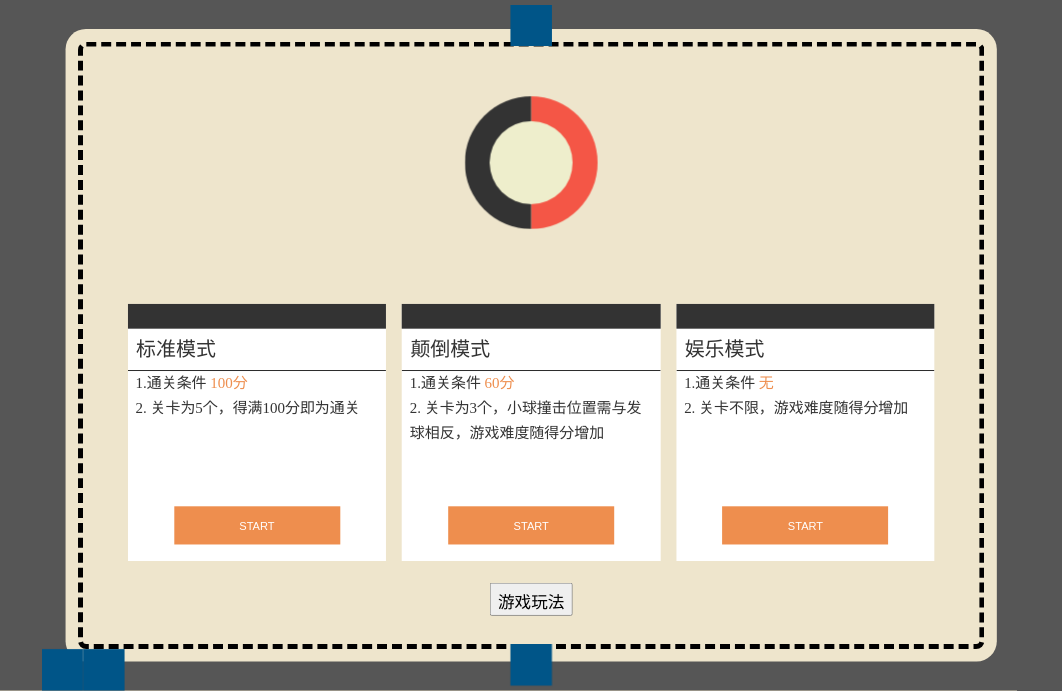
Repository: EEETA/ball-game
Page: theBall2/index.html
An editor plug-in stored every save of this project. The page is shown before and after the next save, followed by the edit.
The browser window is 1280 px wide. The pictures show the whole page, at 83% of full size.

Above is the page before, as saved 2018-08-02 16:22:06.

### theBall2/index.html
<!DOCTYPE html>
<html lang="en">
<head>
    <meta charset="UTF-8">
    <title>theBall</title>
	<link rel="stylesheet" href="style/index.css">
    <script src="js/jquery-1.8.3.min.js"></script>
	<script src="js/jquery.rotate.min.js"></script>
</head>
<body>
    <section class="box">
        <!-- 旋转div -->
        <section class="ball ballZhuan">
            <div class="redPart_box">
                <div class="redPart"></div>
            </div>
            <div class="blackPart_box">
                <div class="blackPart"></div>
            </div>
            <div class="middlePart"></div>
        </section>
        <div class="ball2"></div>

        <section class="idx_pattern">
            <!-- 主界面-游戏模式 -->
        </section>
        <section class="idx_intro">
            <!-- 主界面-游戏玩法 -->
        </section>

        <section class="game_mask">
        <!-- 游戏界面-娱乐模式遮罩提示层 -->
        </section>
        <div class="arrow">
            <!-- 升级效果 -->
        </div>
        <section class="game_shootBox">
            <!-- 游戏界面-小球发射 -->
        </section>
        <section class="game_fraction">
            <!-- 游戏界面-分数血量显示 -->
        </section>
        <section class="game_hanlder">
            <!-- 游戏界面-结束模块 -->
        </section>
    </div>

    <script src="data/data.js"></script>
    <script>
        const patternLen = pattern.length;
        const idxPattern = document.querySelector('.idx_pattern');
        const idxIntro = document.querySelector('.idx_intro');
        const gameShootBox = document.querySelector('.game_shootBox');
        const gameFraction = document.querySelector('.game_fraction');
        const gameHanlder = document.querySelector('.game_hanlder');
        const gameMask = document.querySelector('.game_mask');
        var my=[];
        /*主界面-游戏模式*/
        for(var i=0;i<patternLen;i++){
            let idxPatternMain=`<div class="playWrap">
                                    <div class="playTit"> ${pattern[i].patternName} </div>
                                    <div class="playIntroduce">
                                        <div class="playIntroduceTxt">1.通关条件 <span style="color:#EE8E4E"> ${pattern[i].explain.condition} </span></div>
                                        <div class="playIntroduceTxt">2. ${pattern[i].explain.produce} </div>
                                    </div>
                                    <button class="start">START</button>
                                </div>`
            idxPattern.innerHTML+=idxPatternMain;
        }
        /*主界面-游戏玩法*/
        let produceTxt=`<div class="introTxt">
                            <div>
                                1.按空格键/AD可旋转 <img src="img/img1.png" alt="" class="sizeOne">
                            </div>
                            <div>
                                2.当<img src="img/img2.png" alt="" class="sizeOne">掉落时,根据模式将 <img src="img/img1.png" alt="" class="sizeOne"> 旋转到对应的颜色即可得1分,反之<span style="color:red">HP-1</span>
                            </div>
                            <div>
                                3.进入游戏后，每个玩家血量为5,右上角为分数面板 <img src="img/img3.png" alt="" class="sizeTwo"> 左侧为当前分数,右侧为当前关卡上限,分数达到上限即可进入下一关
                            </div>
                        </div>
                        <button class="introTxtBtn">游戏玩法</button>`
        idxIntro.innerHTML=produceTxt;



        /*游戏界面-小球发射*/
        let gameShootBoxMain=`<div class="top">
                                    <div class="div_middle"></div>
                                </div>
                                <div class="bottom">
                                    <div class="div_middle"></div>
                                </div>
                                <div class="left">
                                    <div class="div_middle"></div>
                                </div>
                                <div class="right">
                                    <div class="div_middle"></div>
                                </div>`
        gameShootBox.innerHTML+=gameShootBoxMain;
        /*游戏界面-分数血量显示*/
        let gameFractionMain=`<div class="life">HP:
                                    <div class="hp_div">
                                        <div class="hp_div_main"></div>
                                    </div>
                                </div>
                                <div class="fraction">
                                    <span class="fraction_left"></span>
                                    /
                                    <span class="fraction_right"></span>
                                </div>`
        gameFraction.innerHTML=gameFractionMain;
        /*游戏界面-结束模块*/
        let gameHanlderMain=`<div class="interface">
                                <div class="over">Game Over</div>
                                <div class="success">成功通关</div>
                            </div>
                            <div class="button_box">
                                <button class="button_left">再玩一次</button>
                                <button class="button_right">返回大厅</button>
                            </div>`
        gameHanlder.innerHTML=gameHanlderMain;
        /*游戏界面-娱乐模式遮罩提示层*/
        let gameMaskMain=`<div class="Mask_span">
                                <span>按A键向左转</span>
                                <span>按D键向右转</span>
                            </div>
                            <span class="Mask_p">- 按空格键继续 -</span>`
        gameMask.innerHTML=gameMaskMain;
    </script>
    <script src="js/index.js"></script>
    <script src="js/animation.js"></script>
</body>
</html>

### theBall2/style/index.css
@charset "UTF-8";
html{background: #565656;}
body{-webkit-user-select:none;-moz-user-select:none;-ms-user-select:none; user-select:none;}
input{border: none;outline: none;-webkit-tap-highlight-color: #000000;-webkit-tap-highlight-color: rgba(0, 0, 0, 0);}
button{outline: none;}

.box{
    position: relative;
    margin: 50px auto 0;
    /* overflow: hidden; */
    width: 1080px;
    height: 720px;
    background: #eee5cc;
    border: 6px dashed #000;
    box-shadow: 0 0 0 15px #eee5cc;
    border-radius: 10px;
}
/*两种小球制作*/
.ball{
    position: relative;
    width: 160px;
    height: 160px;
    margin:60px auto 0;
    /* transform:rotate(0deg);
    -ms-transform:rotate(0deg);
    -moz-transform:rotate(0deg);
    -webkit-transform:rotate(0deg);
    -o-transform:rotate(0deg); */
    opacity:1
}
.redPart_box,.blackPart_box{
    height: 50%;
    overflow:hidden;
}
.redPart,.blackPart{
    position: relative;
    height: 160px;
    width: 160px;
    border-radius:50%
}
.redPart{background: #f45646;}
.blackPart{background: #333;top:-100%}
/* .redPart{background: #ff9b9b;}
.blackPart{background: #2aa1a7;top:-100%} */
.middlePart{
    position: absolute;
    left: 30px;
    top: 30px;
    width: 100px;
    height:100px;
    border-radius: 50%;
    background:#eec;
}
.ballZhuan{
    animation-name:rotate;
    animation-iteration-count: infinite;
    animation-duration: 4s;
    animation-timing-function: linear;
}
@keyframes rotate{
    0%{
        transform:rotate(0deg)
    }
    100%{
         transform:rotate(360deg)
    }
}



.div_middle{
    position: relative;
    margin: 0 auto;
    width: 50px;
    height: 50px;
    background: #058;
}
.div_ball{
    position: absolute;
    width: 50px;
    height:50px;
    background:#f45646;
    border-radius: 50%;
    top: 0;
    left: 0;
}
.ball_middle{
    height: 75px;
    width:75px;
    border-radius: 50%;
    background: #333;
    opacity:0.5;
    position: absolute;
    top: calc(50% - 37px);
    left:calc(50% - 37px);
}
.top,.bottom{position: absolute;left:0;right:0;}
.left,.right{position: absolute;left:0;right:0;}
.left{left: -50px}
.right{right: -50px}
.top{top: -50px}
.bottom{bottom:-50px}
.left .div_middle,.right .div_middle{position: absolute;top: 106px;}

.game_fraction{
    width: 100%;
    height: 80px;
    top:50px;
    position: absolute;
    display: none;
}
.life{width: 60%;height: 100%;display: inline-block;line-height: 80px;text-indent: 10px;color:#f00;}
.fraction{width: 30%;height: 100%;text-align: center;line-height: 80px;float: right;margin-right: 10px;font-size: 30px;}
.fraction span{color:#333;}
.firworks{width: 4px;height: 4px;position: absolute;border-radius: 50%}
.over,.success{position: absolute;top:43%;font-size: 60px;opacity:0;z-index: 30;width: 100%;text-align: center;}
.arrow{height: 300px;width: 500px;position: absolute;top: calc(50% - 150px);left: calc(50% - 250px);}
.arrow span{font-size: 30px;color: #333;position: absolute;left: calc(50% - 145px);top: 150px;opacity: 0;height: 100px;width: 300px;text-align: center;}
 .img{height:80px;width: 30px;position: absolute;}

.ball2{
    width: 0;
    height: 0;
    border-top:20px solid #f45646;
    border-bottom: 20px solid #333;
    border-left:20px solid #efa97a;
    border-right:20px solid #6dd3ce;
    border-width: 86px;
    position: absolute;
    top: calc(50% - 90px);
    left: calc(50% - 85px);
    opacity: 0;
    /* z-index: 10;
    transform:rotate(0deg); */
    /* border-radius: 50%; */
}

.button_box{
    position: absolute;
    left:0;
    right:0;
    bottom:45px;
    margin:0 auto;
    width: 380px;
    display: none;
    opacity: 0;
}
.button_left,.button_right{
    height: 46px;
    width: 150px;
    background:#333;
    border-radius:3px;
    font-size: 24px;
    color:#fff;
    cursor:pointer;
    border:none;
}
.button_left:hover,.button_right:hover{background: #f45646;}
.button_left{float:left;}
.button_right{float:right;}


/************************************游戏玩法***********************************/
.introTxtBtn{
    position: absolute;
    bottom: 34px;
    font-size: 20px;
    cursor:pointer;
    z-index: 1000;
    left: calc(50% - 50px);
    height: 40px;
    width: 100px;
    text-align: center;
    line-height: 40px
}
.introTxtBtn:hover{
    background: #333;
    color: #fff;
}
.introTxt{
    width: 500px;
    height: 530px;
    left: calc(50% - 250px);
    top: calc(50% - 300px);
    line-height: 40px;
    background: #fff;
    border-radius: 5px;
    display: none;
    z-index: 1001;
    position: absolute;
}
.sizeOne,.sizeTwo{
    position:relative;
    top: 10px;
}
.sizeOne{width: 40px;}
.sizeTwo{width: 80px;}
.introTxt div{margin:30px auto;width: 90%;font-size: 24px}
.introTxt p{display: inline-block;}



.hp_div{display: inline-block;width: 180px;height: 40px;border:1px solid red;vertical-align:middle;border-radius: 4px;}
.hp_div_main{height: 100%;width: 100%;background: red;border-radius: 3px;}


.game_mask{
    display: none;
    position: absolute;
    width: 100%;
    height: 100%;
    top: 0;
    left: 0;
    background: rgba(51,51,51,.5);
    font-size: 30px;
    color: #fff;
    z-index: 1;
}
.Mask_span{
    position: absolute;
    top:calc(50% - 100px);
    opacity: 1;
    width: 100%;
    text-align: center;
    line-height: 100px;
}
.Mask_span span{
    display: block;
}
.Mask_p {
    position: absolute;
    bottom: 150px;
    width: 100%;
    text-align: center;
    font-size:40px;
    color: #000;
    animation-name:opacity;
    animation-iteration-count: infinite;
    animation-duration: 1.8s;
}
@keyframes opacity{
    0%{
        opacity:0
    }
    50%{
        opacity: 1
    }
    100%{
        opacity:0
    }
}


/*playFour*/
.idx_pattern{
    overflow:auto;
    position: relative;
    margin: 0 auto;
    width: 90%;
    margin-top: 90px;
}
.playWrap{
    overflow: hidden;
    position: relative;
    float:left;
    width: 32%;
    height: 280px;
    background:#fff;
    color:#333;
    border-top: 30px solid;
}
.playWrap:nth-child(2){margin: 0 2%;}
.playWrap:hover{
    background: rgba(255,255,255,.7)
}
.playTit{
    /* width: 100%; */
    border-bottom: 1px solid #000;
    font-size: 24px;
    line-height: 50px;
    text-indent: 10px;
}
.playIntroduce{
    font-size: 18px;
    text-align: left;
    line-height: 30px;
    margin: 0 auto;
    width: 94%;
}
.start{
    position:absolute;
    bottom:0;
    left:0;
    right:0;
    width: 200px;
    height: 46px;
    background: #EE8E4E;
    color: #fff;
    outline: none;
    margin: 0 auto 20px;
    cursor: pointer;
    border: none;
}
.start:hover{background: rgba(51,51,51,1)}

### theBall2/data/data.js

/*
patternName：模式名称
explain：游戏说明
condition：过关条件
produce：关卡介绍
tip：其他
*/
var pattern=[
    {
        patternName:'标准模式',
        explain:{
            condition:'100分',
            produce:'关卡为5个，得满100分即为通关',
            tip:''
        }
    },
    {
        patternName:'颠倒模式',
        explain:{
            condition:'60分',
            produce:'关卡为3个，小球撞击位置需与发球相反，游戏难度随得分增加',
            tip:''
        }
    },
    {
        patternName:'娱乐模式',
        explain:{
            condition:'无',
            produce:'关卡不限，游戏难度随得分增加',
            tip:''
        }
    }
]
var gameInit=[
    {
        hp:1,
        hp_box:10,
        fraction:0,
        toplimit:10,

    }
]
// var gameHanlder={
//     gameOver="Game Over",
//     gameSuccess="游戏通关",
// }

### theBall2/js/animation.js


// 抖动效果
jQuery.fn.shake = function (intShakes /*Amount of shakes*/, intDistance /*Shake distance*/, intDuration /*Time duration*/) {
    this.each(function () {
        var jqNode = $(this);
        jqNode.css({ position: 'relative' });
        for (var x = 1; x <= intShakes; x++) {
            jqNode.animate({ left: (intDistance * -1) }, (((intDuration / intShakes) / 4)))
            .animate({ left: intDistance }, ((intDuration / intShakes) / 2))
            .animate({ left: 0 }, (((intDuration / intShakes) / 4)));
        }
    });
    return this;
}

/*撞击成功*/
success=function(r,borderSpacing){
    switch_1=1;
    $('<div class="ball_middle" style="background-color:'+$(r).css('background-color')+';display:block"></div>').appendTo(box);
    $('.ball_middle').animate({ borderSpacing:borderSpacing },{
            step:function(now){
                $(this).css('transform','scale('+now+','+now+')')
            },
            duration:200
        }
    );
    $('.ball_middle').animate({opacity:'0'},200,function(){
        this.remove();
    });
    $(r).remove();

    fractionNow++;
    $('.fraction_left').html(fractionNow);
}

fail=function(r){   //撞击失败
    switch_1=1;
    for(var i=0;i<20;i++){
        var firworks=$('<div class="firworks"></div>');
        var b=new boom(firworks,$(r).offset().left,$(r).offset().top,$(r).css('background-color'));
        b.move();
    }
    $(r).remove();
	hp--;
    fail_hp=hp*100/hp_box;
    $('.hp_div_main').animate({width:fail_hp+"%"},500);
}

boom=function(div,x,y,color){  //爆炸效果
        $('body').append(div);
        $(div).css({
            left:x+'px',
            top:y+'px',
            background:color
        });
        var speedX = (parseInt(Math.random()*2) == 0 ? 1 : -1)*parseInt(Math.random()*16 + 1);  //三目运算符随机移动方向，概率50%,为1时往正方向移动，负1时往反方向移动第二个随机数随机速度快慢
        var speedY = (parseInt(Math.random()*2) == 0 ? 1 : -1)*parseInt(Math.random()*20 + 1);

        this.move=function(){
            var i = 3;
            var time=setInterval(function(){
            i++;
            $(div).css({
                left:div[0].offsetLeft+speedX+'px',
                top:div[0].offsetTop+speedY+i+'px',
            })
            if(div[0].offsetLeft+div[0].offsetWidth>window.innerWidth|| div[0].offsetLeft<2 || div[0].offsetTop+div[0].offsetHeight>window.innerHeight || div[0].offsetTop<2 ){
                    div.remove();       //移动出可视区域记得删除div和清除定时器
                    clearInterval(time);
                }
            },1000/30)
        }
}

callarrow=function(arrow_html){  //初始化提升动画
    for(var i=0;i<10;i++){
            var a=new addarrow(i);
            a.move();
        }

    $('.arrow').append('<span>'+arrow_html+'</span>');
    $('.arrow span').animate({top:'0',opacity:1},600,function(){$(this).animate({opacity:0},800,function(){this.remove()})});

}

 addarrow=function(i){  //难度提升动画
        var leftnum=parseInt(Math.random()*500);
        var topnum=parseInt(Math.random()*400);
        var arrow=$(' <img src="img/Arrow.png" class="img">');
        var now=(Math.random()*1.1+0.75).toFixed(2);

        $('.arrow').append(arrow);
        $('.img')[i].style.cssText="top:"+topnum+"px;left:"+leftnum+"px;transform:scale("+now+","+now+")";

        this.move=function(i){
            $('.img').animate({top:'-100',opacity:'0'},700,function(){
                this.remove();
            });
        }
}
endarrow=function(innertHTML,time){
    $('.arrow').append('<span>'+innertHTML+'</span>');
    setTimeout(function(){$('.arrow span').animate({top:'0',opacity:1},1000,function(){$(this).animate({opacity:0},1500,function(){this.remove()})})},time);
}

rotate_transition=function(ball,ball2){
    $(ball).rotate({
            animateTo: 180,
            duration:300,
        }
    );
    $(ball).animate({opacity:'0'},600);
    $(ball2).animate({opacity:'1'},600);
    $(ball2).rotate({
            animateTo:-360,
            duration:600
    });
}

movejudge=function(r,rou,red,qing,black,num,numberMode){
    numbox=numList;
    if(numList>0){
        numbox=negative;
    }
    if($(r).css('background-color')=='rgb(239, 169, 122)' && numbox%360==rou){  //肉
        success(r,num);
    }else if($(r).css('background-color')=='rgb(244, 86, 70)' && numbox%360==red){  //红
        success(r,num);
    }else if($(r).css('background-color')=='rgb(109, 211, 206)' && numbox%360==qing){  //青
        success(r,num);
    }else if($(r).css('background-color')=='rgb(51, 51, 51)' && numbox%360==black){  //黑
        success(r,num);
    }else{fail(r)};

    appendball(numberMode);
    $(r).stop();
}

// Mask=function(){
//     $('.game_mask').fadeIn(300);
//     $('.Mask_p').fadeIn(800);
//     $('.Mask_span').fadeIn(800);
//     // $('.Mask_p').addClass('play');
// }


box_animation=function(height,width,speed){
    speed = speed||1000;
    $('.box').animate(
        {
            width:width+'px',
            height:height+'px',
        },
        {
            duration:speed,
        }
  	);
}

Loaded but not shown: theBall2/js/jquery-1.8.3.min.js (library); theBall2/js/jquery.rotate.min.js (library); theBall2/js/index.js (338 lines, source omitted)

After the next save:
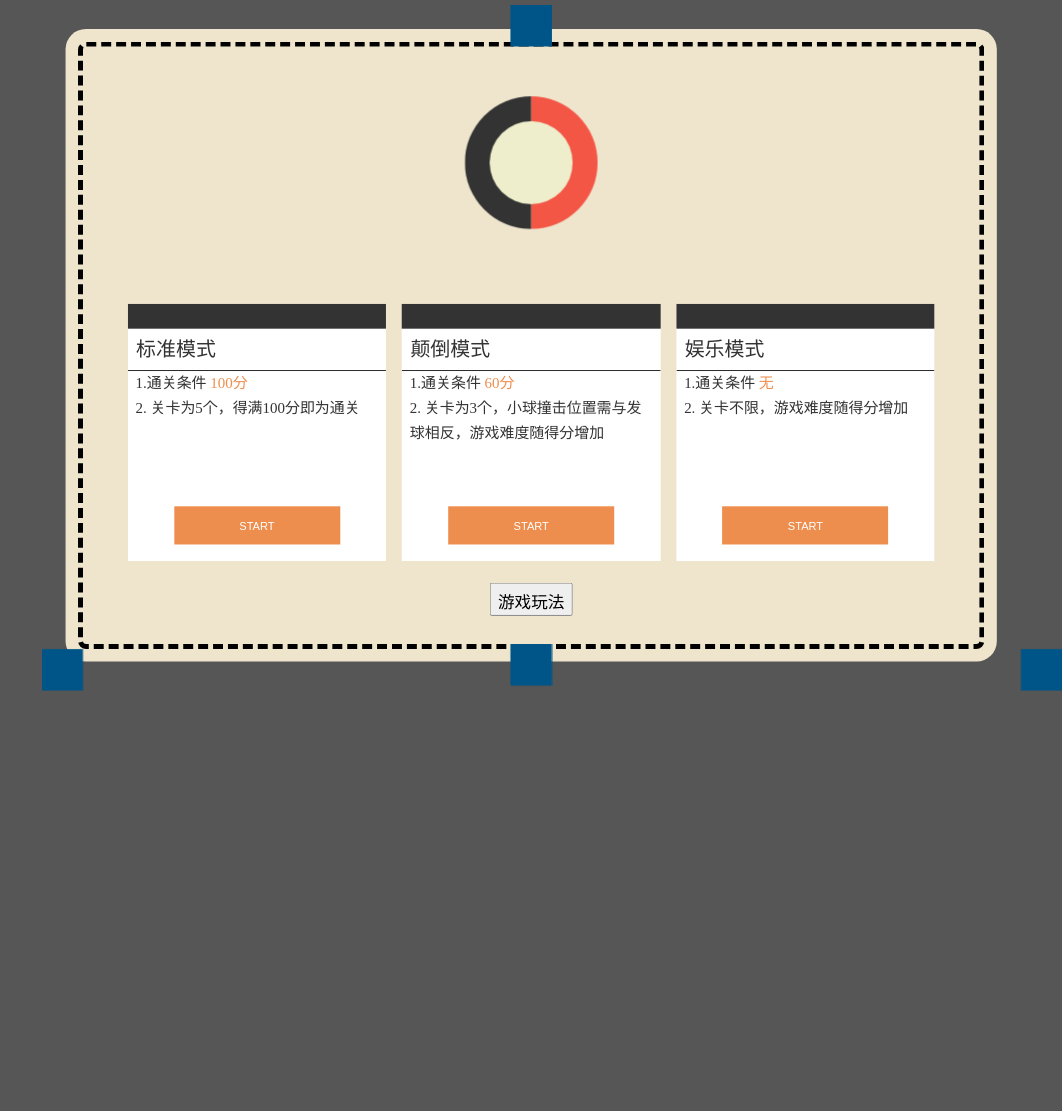
Saved 7 s later.
--- a/theBall2/style/index.css
+++ b/theBall2/style/index.css
@@ -95,7 +95,7 @@ button{outline: none;}
     left:calc(50% - 37px);
 }
 .top,.bottom{position: absolute;left:0;right:0;}
-.left,.right{position: absolute;left:0;right:0;}
+.left,.right{position: absolute;height: 662px;}
 .left{left: -50px}
 .right{right: -50px}
 .top{top: -50px}
